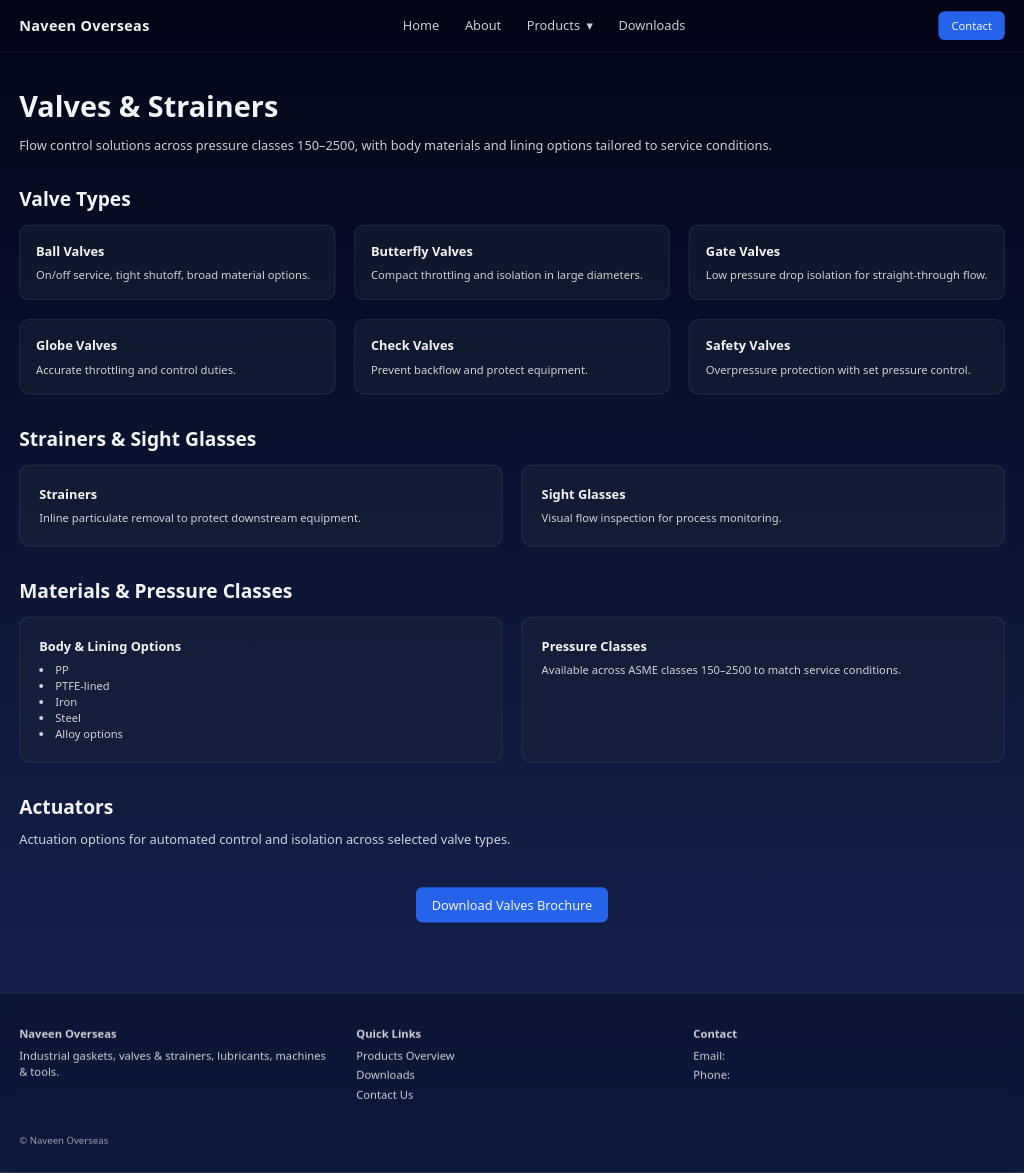
Repository: krish634-ai/overs
Page: /valves
An editor plug-in stored every save of this project. The page is shown before and after the next save, followed by the edit.
The browser window is 1280 px wide. The pictures show the whole page, at 80% of full size.
The project was rebuilt for these pictures with package versions that can differ from the ones it lists, and the page was loaded fresh each time. Also part of the build but not shown: vite.config.js, src/pages/Home.jsx, src/pages/About.jsx, src/pages/Products.jsx, src/pages/Gaskets.jsx, src/pages/Lubricants.jsx, src/pages/MachinesTools.jsx, src/pages/Contact.jsx and 1 more.

Above is the page before, as saved 2025-11-19 14:15:45.

After the next save:
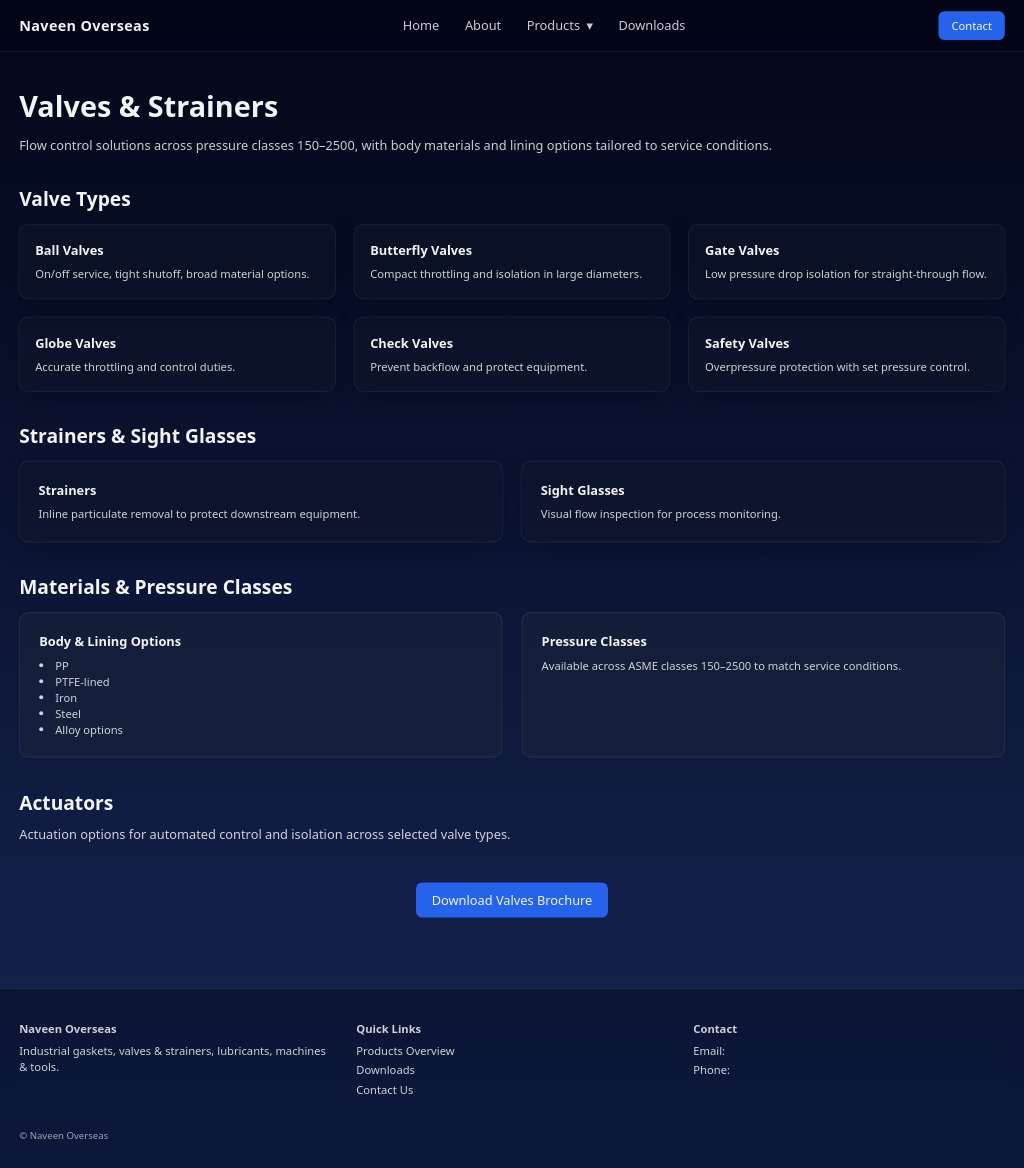
Saved 3 s later.
--- a/src/pages/Valves.jsx
+++ b/src/pages/Valves.jsx
@@ -7,27 +7,27 @@ export default function Valves() {
       <section className="mt-10">
         <h2 className="text-2xl font-semibold">Valve Types</h2>
         <div className="mt-4 grid md:grid-cols-3 gap-6">
-          <div className="rounded-xl border border-slate-700/60 bg-slate-800/40 p-5">
+          <div className="rounded-xl bg-slate-900/40 ring-1 ring-white/10 p-5 shadow-soft">
             <h3 className="font-semibold">Ball Valves</h3>
             <p className="mt-2 text-sm text-white/80">On/off service, tight shutoff, broad material options.</p>
           </div>
-          <div className="rounded-xl border border-slate-700/60 bg-slate-800/40 p-5">
+          <div className="rounded-xl bg-slate-900/40 ring-1 ring-white/10 p-5 shadow-soft">
             <h3 className="font-semibold">Butterfly Valves</h3>
             <p className="mt-2 text-sm text-white/80">Compact throttling and isolation in large diameters.</p>
           </div>
-          <div className="rounded-xl border border-slate-700/60 bg-slate-800/40 p-5">
+          <div className="rounded-xl bg-slate-900/40 ring-1 ring-white/10 p-5 shadow-soft">
             <h3 className="font-semibold">Gate Valves</h3>
             <p className="mt-2 text-sm text-white/80">Low pressure drop isolation for straight-through flow.</p>
           </div>
-          <div className="rounded-xl border border-slate-700/60 bg-slate-800/40 p-5">
+          <div className="rounded-xl bg-slate-900/40 ring-1 ring-white/10 p-5 shadow-soft">
             <h3 className="font-semibold">Globe Valves</h3>
             <p className="mt-2 text-sm text-white/80">Accurate throttling and control duties.</p>
           </div>
-          <div className="rounded-xl border border-slate-700/60 bg-slate-800/40 p-5">
+          <div className="rounded-xl bg-slate-900/40 ring-1 ring-white/10 p-5 shadow-soft">
             <h3 className="font-semibold">Check Valves</h3>
             <p className="mt-2 text-sm text-white/80">Prevent backflow and protect equipment.</p>
           </div>
-          <div className="rounded-xl border border-slate-700/60 bg-slate-800/40 p-5">
+          <div className="rounded-xl bg-slate-900/40 ring-1 ring-white/10 p-5 shadow-soft">
             <h3 className="font-semibold">Safety Valves</h3>
             <p className="mt-2 text-sm text-white/80">Overpressure protection with set pressure control.</p>
           </div>
@@ -37,11 +37,11 @@ export default function Valves() {
       <section className="mt-10">
         <h2 className="text-2xl font-semibold">Strainers &amp; Sight Glasses</h2>
         <div className="mt-4 grid md:grid-cols-2 gap-6">
-          <div className="rounded-xl border border-slate-700/60 bg-slate-800/40 p-6">
+        <div className="rounded-xl bg-slate-900/40 ring-1 ring-white/10 p-6 shadow-soft">
             <h3 className="font-semibold">Strainers</h3>
             <p className="mt-2 text-sm text-white/80">Inline particulate removal to protect downstream equipment.</p>
           </div>
-          <div className="rounded-xl border border-slate-700/60 bg-slate-800/40 p-6">
+        <div className="rounded-xl bg-slate-900/40 ring-1 ring-white/10 p-6 shadow-soft">
             <h3 className="font-semibold">Sight Glasses</h3>
             <p className="mt-2 text-sm text-white/80">Visual flow inspection for process monitoring.</p>
           </div>
